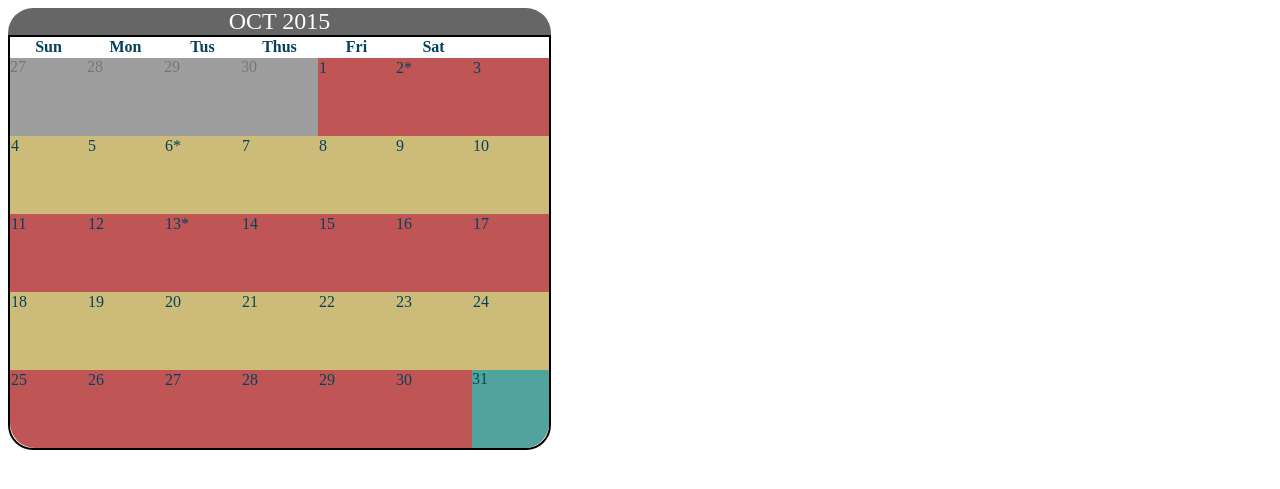
Repository: Tram-anh99/Blockchain_Funix
Page: CSS/lich.html
These files come from the project's save history. The page is drawn as it stood at one moment and after the next save; the edit follows.
The browser window is 1280 px wide. The pictures show the whole page.
Pictures or frames that could not be fetched are drawn as grey boxes.

Above is the page before, as saved 2023-03-06 12:59:20.

### CSS/lich.html
<!DOCTYPE html>
<html lang="en">
<head>
      <meta charset="UTF-8">
      <meta http-equiv="X-UA-Compatible" content="IE=edge">
      <meta name="viewport" content="width=device-width, initial-scale=1.0">
      <title>Calendar Table</title>
      <link rel="stylesheet" href="lich.css">
</head>
<body>
      <table class="cal"><caption>
            Oct 2015
      </caption>
      <!-- in đậm dòng -->
<thead>
      <!-- Dòng -->
      <tr>
            <th>Sun</th>
            <th>Mon</th>
            <th>Tus</th>
            <th>Thus</th>
            <th>Fri</th>
            <th>Sat</th>
      </tr>
</thead>
<!-- Phần thân -->
<tbody>
      <!-- Dòng -->
      <tr>
            <td class="old">27</td>
            <td class="old">28</td>
            <td class="old">29</td>
            <td class="old">30</td>
            <td>1</td>
            <td>2*<span>Lunch with mom</span></td>
            <td>3</td>
      </tr>
      <tr>
            <td>4</td>
            <td>5</td>
            <td>6*<span>Meet with Dean</span></td>
            <td>7</td>
            <td>8</td>
            <td>9</td>
            <td>10</td>
      </tr>
      <tr>
            <td>11</td>
            <td>12</td>
            <td>13*<span>Library Helper!</span></td>
            <td>14</td>
            <td>15</td>
            <td>16</td>
            <td>17</td>
      </tr>
      <tr>
            <td>18</td>
            <td>19</td>
            <td>20</td>
            <td>21</td>
            <td>22</td>
            <td>23</td>
            <td>24</td>
      </tr>
      <tr>
            <td>25</td>
            <td>26</td>
            <td>27</td>
            <td>28</td>
            <td>29</td>
            <td>30</td>
            <td class="holiday">31 <span>BOO! <br/>Halloween
            </span></td>
      </tr>

</tbody>
</table>
</body>
</html>

### CSS/lich.css
.cal {
      color: #06425C;
      border-spacing: 0;
      border: 2px solid black;
      -webkit-border-radius: 25px 25px 0 0;
      border-radius: 0 0 25px 25px;
}
/* Chẳn */
tr:nth-child(odd) {
	background: #c05555;
}
/* Lẻ */
tr:nth-child(even) {
	background: #CDBB79;
}
tr:last-child{
	-webkit-border-radius: 25px 25px 0 0;
	border-radius: 0 0 25px 25px;
}
tr:last-child>td:first-child {
	-webkit-border-radius: 0 0 0 25px;
	border-radius: 0 0 0 25px;
}

tr:last-child>td:last-child{
	-webkit-border-radius: 0 0 25px 0;
	border-radius: 0 0 25px 0;
}

/*Format the caption
Use border-radius for just some corners*/
.cal caption{
	text-transform: uppercase;
	background-color: #666666;
	color:#ffffff;
	font-size: 150%;
	-webkit-border-radius: 25px 25px 0 0;
	border-radius: 25px 25px 0 0;
}

/*Format common heading and element attributes*/
.cal th, .cal td{
	margin: 2px;
	padding-bottom: 2px;
}

/*Format the table headings*/
th{
	text-align: center;
	background: #FFFFFF;
}

/*Set the size and alignment for elements*/
.cal td{
	width:75px;
	height:75px;
	vertical-align:top;

}

/*Format any holidays*/
.holiday{
	margin:0;
	padding:0;
	background-color: #51A39D;
}

/*Use a background image*/
.old{
	padding:0;
	margin: 0;
	background-color: #51A39D;
	color:rgba(0,0,0,.25);
  background: url("https://s3-us-west-2.amazonaws.com/s.cdpn.io/389177/holiday.png") no-repeat;
  border-spacing: 0;

  /*This is the code used in the example*/
/*	background: url("../imgs/holiday.png") no-repeat;
*/
}

/*By default, hide the appointments*/
span{
	display: block;
	text-align: center;
	color: #800000;
	visibility: hidden;
}

/*Show the appointments when the date is clicked on*/
td:active>span{
	visibility:visible;
}

After the next save:
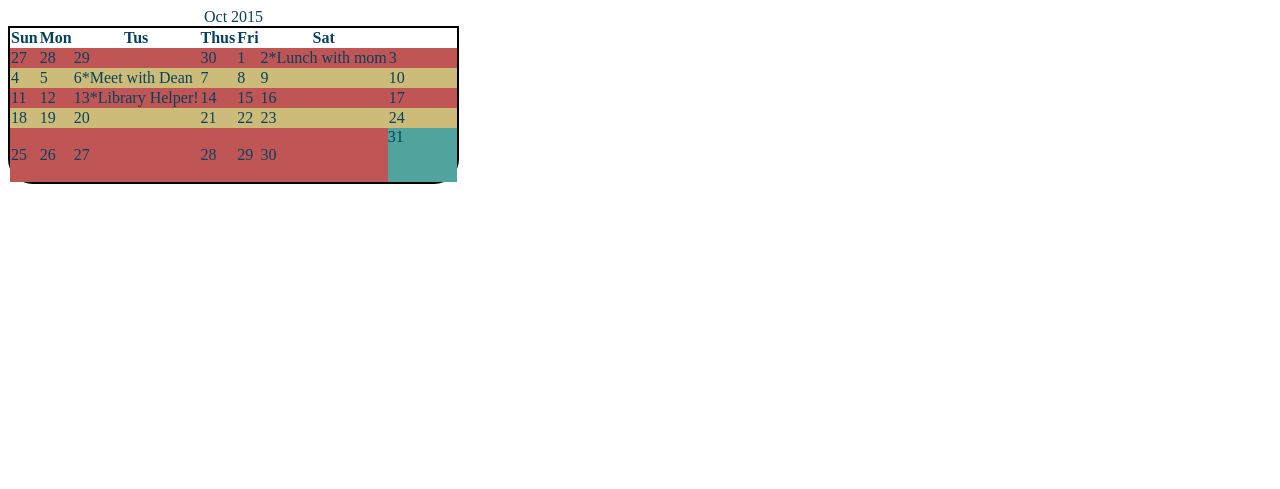
Saved 15 s later.
--- a/CSS/lich.css
+++ b/CSS/lich.css
@@ -16,7 +16,7 @@
 tr:last-child{
 	-webkit-border-radius: 25px 25px 0 0;
 	border-radius: 0 0 25px 25px;
-}
+/* }
 tr:last-child>td:first-child {
 	-webkit-border-radius: 0 0 0 25px;
 	border-radius: 0 0 0 25px;
@@ -90,4 +90,4 @@
 /*Show the appointments when the date is clicked on*/
 td:active>span{
 	visibility:visible;
-}
+} */

After the save that followed:
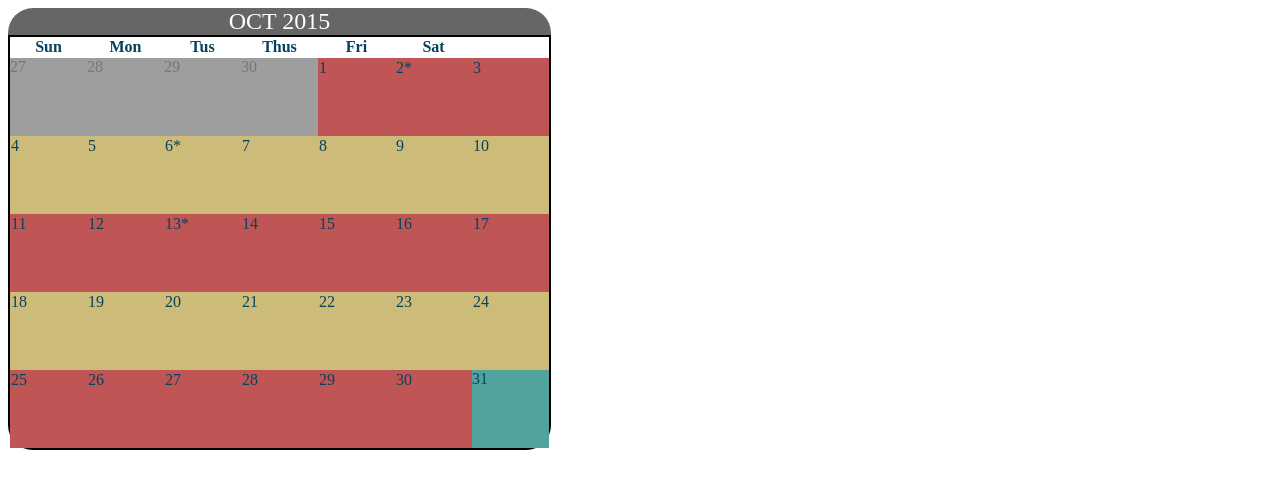
Saved 16 s later.
--- a/CSS/lich.css
+++ b/CSS/lich.css
@@ -16,7 +16,7 @@
 tr:last-child{
 	-webkit-border-radius: 25px 25px 0 0;
 	border-radius: 0 0 25px 25px;
-/* }
+}/*
 tr:last-child>td:first-child {
 	-webkit-border-radius: 0 0 0 25px;
 	border-radius: 0 0 0 25px;
